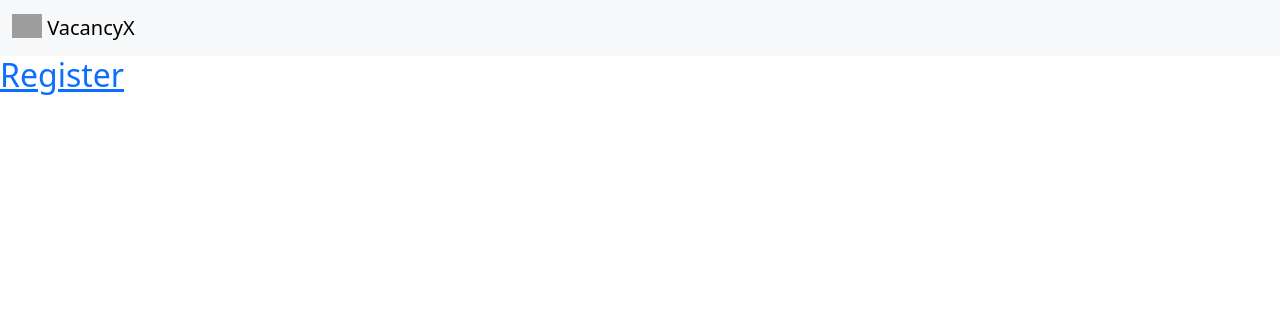
Repository: zipArk99/Vacancy-portal-serv
Page: http://localhost/VacancyPortal/
These files come from the project's save history. The page is drawn as it stood at one moment and after the next save; the edit follows.
The browser window is 1280 px wide. The pictures show the whole page.
Pictures or frames that could not be fetched are drawn as grey boxes. The page is served by Tomcat 9.

Above is the page before, as saved 2024-08-14 10:05:17.

After the next save:
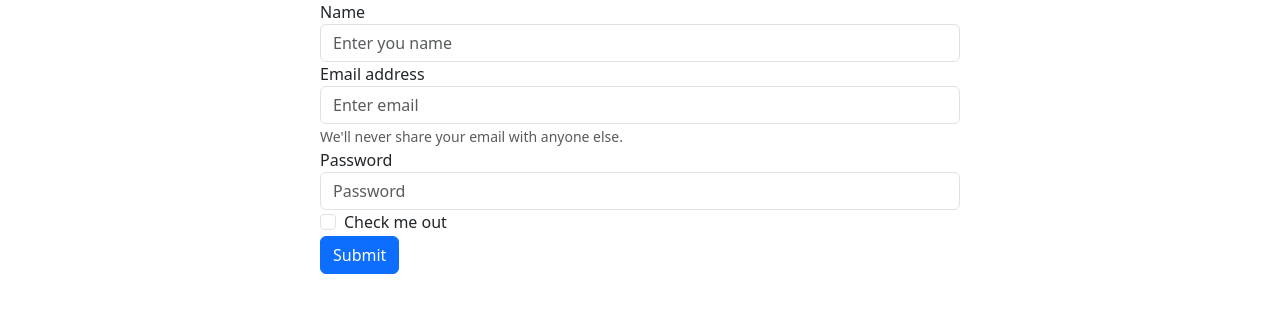
Saved 3 min 24 s later.
--- a/VacancyPortal/src/main/webapp/index.jsp
+++ b/VacancyPortal/src/main/webapp/index.jsp
@@ -4,14 +4,34 @@
 <%@ page isELIgnored="false" %>
 <!DOCTYPE html>
 <html>
-  <head>
-    <meta charset="utf-8">
+<head>
+ <meta charset="utf-8">
     <meta name="viewport" content="width=device-width, initial-scale=1">
-    <title>Bootstrap demo</title>
+    <title>SOAP Registration</title>
     <link href="https://cdn.jsdelivr.net/npm/bootstrap@5.3.3/dist/css/bootstrap.min.css" rel="stylesheet" integrity="sha384-QWTKZyjpPEjISv5WaRU9OFeRpok6YctnYmDr5pNlyT2bRjXh0JMhjY6hW+ALEwIH" crossorigin="anonymous">
-  </head>
+</head>
 <body>
-	<%@ include file="header.jsp" %>
-	<h2><a href="/VacancyPortal/auth">Register</a></h2>
+<div style="width:50%; margin: auto;">
+<form action="/SOAP_REGISTRATION_CLIENT/user/register" method="POST">
+  <div class="form-group">
+
+  	<label for= "name">Name</label>
+  	<input id="name" name="name" type="text" class="form-control"  placeholder="Enter you name">
+
+    <label for="exampleInputEmail1">Email address</label>
+    <input type="email" name="email" class="form-control" id="exampleInputEmail1" aria-describedby="emailHelp" placeholder="Enter email">
+    <small id="emailHelp" class="form-text text-muted">We'll never share your email with anyone else.</small>
+  </div>
+  <div class="form-group">
+    <label for="exampleInputPassword1">Password</label>
+    <input name="password" type="password" class="form-control" id="exampleInputPassword1" placeholder="Password">
+  </div>
+  <div class="form-group form-check">
+    <input type="checkbox" class="form-check-input" id="exampleCheck1" name="check">
+    <label class="form-check-label" for="exampleCheck1">Check me out</label>
+  </div>
+  <button type="submit" class="btn btn-primary">Submit</button>
+</form>
+</div>
 </body>
 </html>
